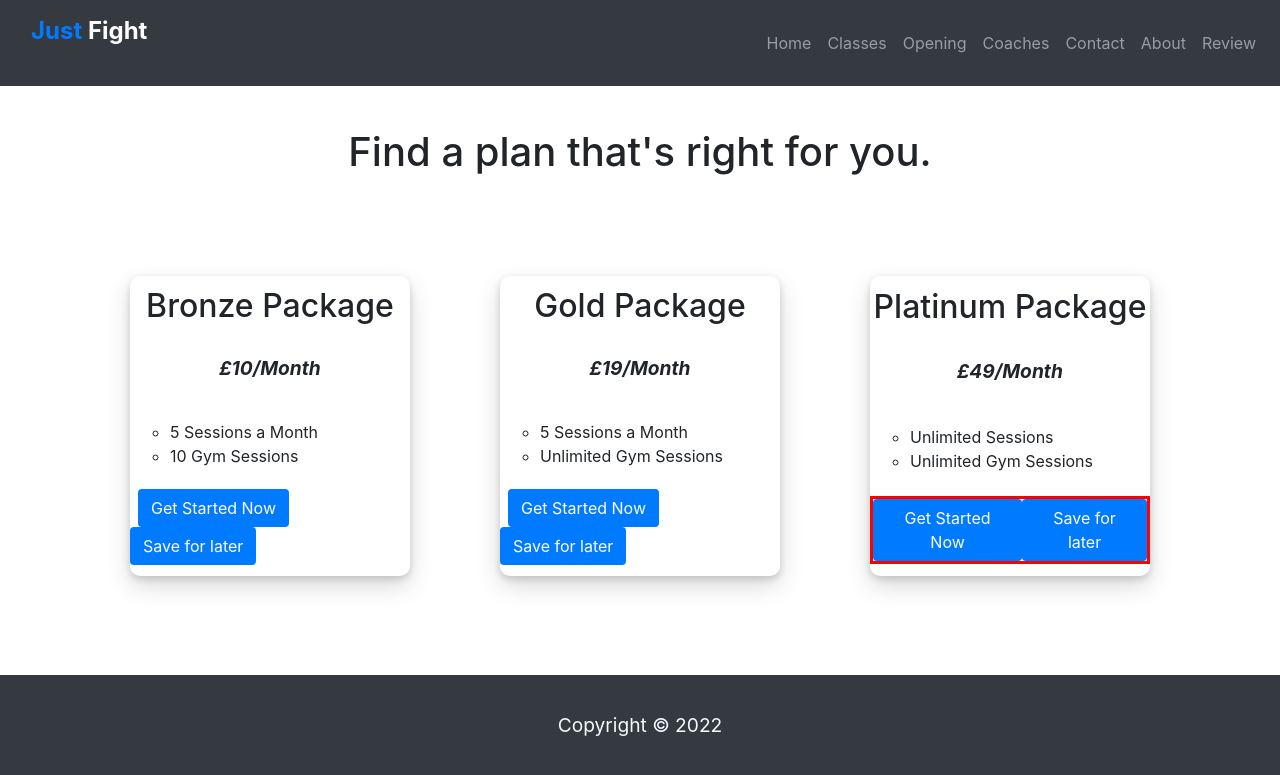
Repository: IonPara/Just-Fight
Page: plans.html
The author's editor kept a copy of each file at every save. The page is drawn from the files as they stood at one save, then again after the next save.
The browser window is 1280 px wide. The pictures show the whole page.
Some web libraries are served in a nearby version.

Above is the page before, as saved 2023-03-13 16:29:11.

### plans.html
<!DOCTYPE html>
<html lang="en">

<head>
  <meta charset="utf-8">
  <meta name="viewport" content="width=device-width, initial-scale=1.0">
  <title>Join Club</title>
  <link href="./Styles/plans.css" rel="stylesheet" type="text/css">
  <!-- Bootstrap link -->
  <link rel="stylesheet" href="https://cdn.jsdelivr.net/npm/bootstrap@4.2.1/dist/css/bootstrap.min.css"
    integrity="sha384-GJzZqFGwb1QTTN6wy59ffF1BuGJpLSa9DkKMp0DgiMDm4iYMj70gZWKYbI706tWS" crossorigin="anonymous">
</head>

<body>
  <header>
    <!-- ------------Nav bar ------------------------>
    <nav class="navbar navbar-expand-lg navbar-dark bg-dark fixed-top">
      <div class="container pb-4">
        <a class="navbar-brand " id="brand" href="./index.html"><span class="text-primary">Just </span> Fight</a>
        <button class="navbar-toggler" type="button" data-toggle="collapse" data-target="#navbarSupportedContent"
          aria-controls="navbarSupportedContent" aria-expanded="false" aria-label="Toggle navigation">
          <span class="navbar-toggler-icon"></span>
        </button>
      </div>

      <div class="collapse navbar-collapse" id="navbarSupportedContent">
        <ul class="navbar-nav justify-content-end">
          <li class="nav-item">
            <a class="nav-link" href="./index.html">Home</a>
          </li>
          <li class="nav-item">
            <a class="nav-link" href="./index.html#ourClasses">Classes</a>
          </li>
          <li class="nav-item">
            <a class="nav-link" href="./index.html#openingHours">Opening</a>
          </li>
          <li class="nav-item">
            <a class="nav-link" href="./index.html#coaches">Coaches</a>
          </li>
          <li class="nav-item">
            <a class="nav-link" href="./index.html#contact">Contact</a>
          </li>
          <li class="nav-item">
            <a class="nav-link" href="./about.html">About</a>
          </li>
          <li class="nav-item">
            <a class="nav-link" href="./review.html">Review</a>
          </li>

        </ul>
      </div>
    </nav>
  </header>

  <!-- Plans -->
  <section class="pricing-table">
    <div class="head text-center">
      <h1 class="plans-title pt-5">Find a plan that's right for you.</h1>
    </div>
    <!-- First Box -->
    <div class="plans">
      <ul class="container">
        <li class="package">
          <h2 class="table-header">Bronze Package</h2>
          <p class="pricing text-center">£10/Month</p>
          <ul class="table-option">
            <li>5 Sessions a Month</li>
            <li>10 Gym Sessions</li>
          </ul>

          <div>
            <button type="button" class="btn ml-2 bg-primary text-white">Get Started Now</button>
            <button type="button" class="bronze btn bg-primary text-white save-for-later">Save for later</button>
          </div>
        </li>

        <!-- Second -->
        <li class="package ">
          <h2 class="table-header">Gold Package</h2>
          <p class="pricing text-center">£19/Month</p>
          <ul class="table-option">
            <li>5 Sessions a Month</li>
            <li>Unlimited Gym Sessions</li>
          </ul>

          <div>
            <button type="button" class=" btn ml-2 bg-primary text-white">Get Started Now</button>
            <button type="button" class=" gold btn bg-primary text-white save-for-later">Save for later</button>
          </div>
        </li>

        <!-- Third Box -->
        <li class="package ">
          <h2 class="table-header">Platinum Package</h2>
          <p class="pricing text-center">£49/Month</p>
          <ul class="options">
            <li>Unlimited Sessions</li>
            <li>Unlimited Gym Sessions</li>
          </ul>

          <div class="d-flex buttons-container">
            <button type="button" class="btn  bg-primary text-white">Get Started Now</button>
            <button type="button" class=" platinum btn bg-primary text-white save-for-later">Save for later</button>
          </div>
        </li>

      </ul>
    </div>
  </section>
  <!-- Footer -->
  <footer class="bg-dark text-center text-light mt-5">
    <p>Copyright &copy; 2022</p>
  </footer>
  <script defer src="./Js/plans.js"></script>
  <script src="https://code.jquery.com/jquery-3.3.1.slim.min.js"
    integrity="sha384-q8i/X+965DzO0rT7abK41JStQIAqVgRVzpbzo5smXKp4YfRvH+8abtTE1Pi6jizo"
    crossorigin="anonymous"></script>
  <script src="https://cdn.jsdelivr.net/npm/popper.js@1.14.6/dist/umd/popper.min.js"
    integrity="sha384-wHAiFfRlMFy6i5SRaxvfOCifBUQy1xHdJ/yoi7FRNXMRBu5WHdZYu1hA6ZOblgut"
    crossorigin="anonymous"></script>
  <script src="https://cdn.jsdelivr.net/npm/bootstrap@4.2.1/dist/js/bootstrap.min.js"
    integrity="sha384-B0UglyR+jN6CkvvICOB2joaf5I4l3gm9GU6Hc1og6Ls7i6U/mkkaduKaBhlAXv9k"
    crossorigin="anonymous"></script>
  <script src="https://unpkg.com/swup@latest/dist/swup.min.js"></script>
</body>

</html>

### Styles/plans.css

#brand {
  font-size: 1.5rem;
  font-weight: bolder;
}

.container {
  display: flex;
  justify-content: space-around;
  list-style: none;
}

.plans {
  margin-top: 100px;
}

 .pricing-table {
  margin-top: 5rem;
  height: 76vh;
}

/* ------------Package boxes ----------------*/
.package {
  box-shadow: 0 10px 25px 0 rgb(0 0 0 / 15%), 0 3px 7px 0 rgb(0 0 0 / 15%);
  width: 280px;
  height: 300px;
  display: flex;
  flex-direction: column;
  justify-content: space-around;
  border-radius: 10px;

}

h2 {
  text-align: center;
}

.package .pricing {
  font-size: larger;
  font-weight: bold;
  font-style: italic;
}

.package:hover {
  -webkit-transform: scale(0.5);
   transform: scale(1.05);
}

/*----------------- Footer---------------------- */
footer p {
  padding: 5vh 0;
  margin-bottom: 0;
  font-size: larger;
  height: 100px;
}

.buttons-container {
  border: solid red;
  justify-content: space-evenly;
}

/* Media Screen */
@media screen and (max-width:768px) {

  .plans-title {
    font-size: 2rem;
  }
  .container {
    display: block;
  }

  .package {
    margin-top: 10px;
    width: 100%;
    height: 200px;
  }

  .pricing-table {
    height: 90vh;
  }
}

### Js/plans.js

// Select all of the buttons
const saveBtn = document.querySelectorAll('.save-for-later');

let bronze = true;
let gold = true;
let platinum = true;

// Create an event listener for each button
saveBtn.forEach(element => {
    element.addEventListener('click', (event) => {
        const package = event.target.classList[0];

        // Create a function that will set the items from the local storage to true
            // It will take 2 arguments "string" and "item"
            // If the first class name of the event's target is equal "string"
            // Find it on localStorage and set equal to "item"
        const setItems = (string, item) => {
            if(package === string) {
                localStorage.setItem(package, JSON.stringify(item))
            }
        }

        // Called the function with all 3 values
        setItems('bronze', bronze);
        setItems('gold', gold);
        setItems('platinum', platinum);

        // Create an alert that the package was successfully added
        alert('The package was successfully saved!')
    })
});

After the next save:
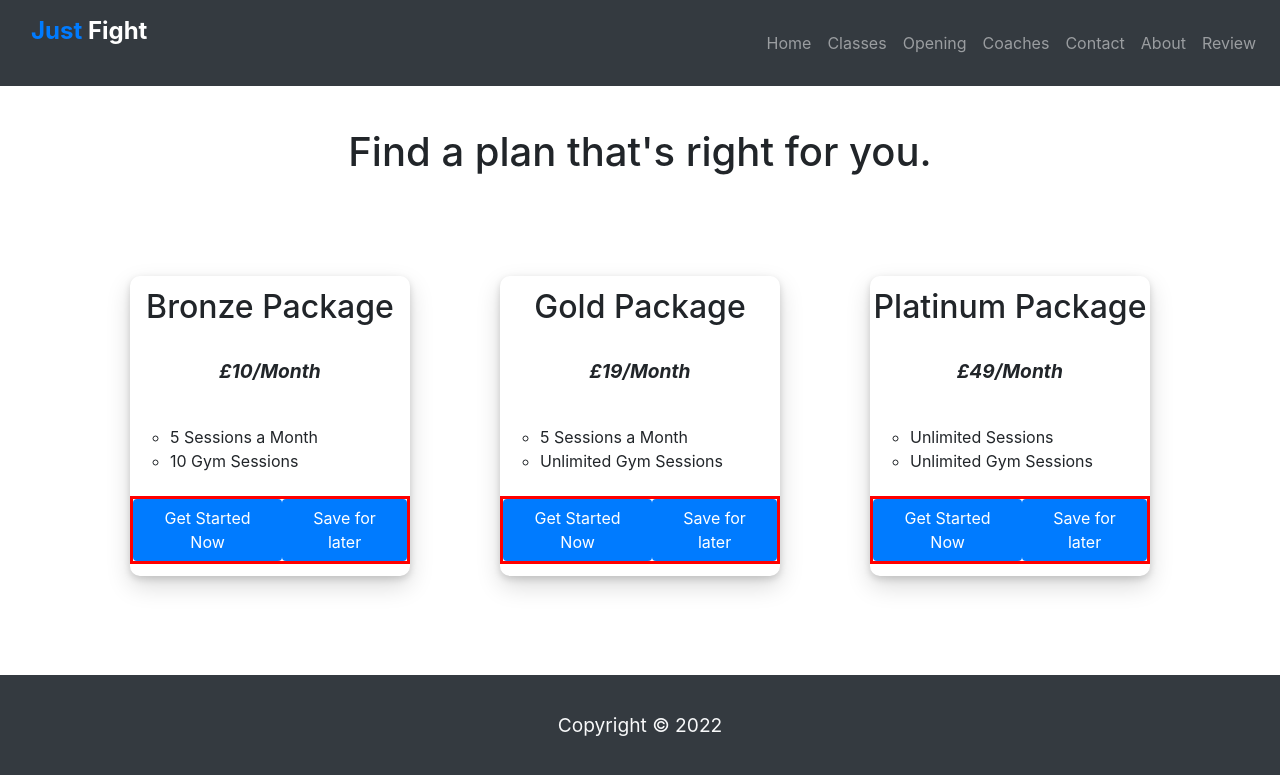
Saved 28 s later.
--- a/plans.html
+++ b/plans.html
@@ -68,8 +68,8 @@
             <li>10 Gym Sessions</li>
           </ul>
 
-          <div>
-            <button type="button" class="btn ml-2 bg-primary text-white">Get Started Now</button>
+          <div class="d-flex buttons-container">
+            <button type="button" class="btn  bg-primary text-white">Get Started Now</button>
             <button type="button" class="bronze btn bg-primary text-white save-for-later">Save for later</button>
           </div>
         </li>
@@ -83,8 +83,8 @@
             <li>Unlimited Gym Sessions</li>
           </ul>
 
-          <div>
-            <button type="button" class=" btn ml-2 bg-primary text-white">Get Started Now</button>
+          <div class="d-flex buttons-container">
+            <button type="button" class=" btn  bg-primary text-white">Get Started Now</button>
             <button type="button" class=" gold btn bg-primary text-white save-for-later">Save for later</button>
           </div>
         </li>
